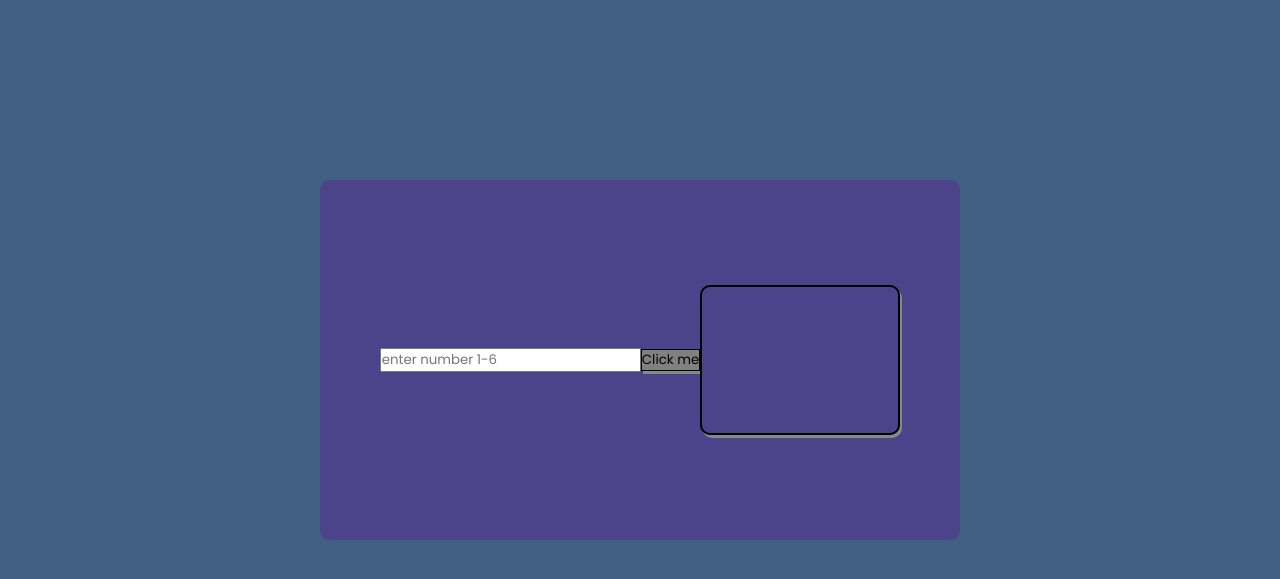
Repository: Seryozha02/Guessing-Game
Page: promise.html
An editor plug-in stored every save of this project. The page is shown before and after a run of saves, followed by the edit.
The browser window is 1280 px wide. The pictures show the whole page.

Above is the page before, as saved 2022-02-23 14:14:19.

### promise.html
<!DOCTYPE html>
<html lang="en">
<head>
    <meta charset="UTF-8">
    <meta http-equiv="X-UA-Compatible" content="IE=edge">
    <meta name="viewport" content="width=device-width, initial-scale=1.0">
    <link rel="stylesheet" href="./promise.css">
    <title>Guessing Game</title>
</head>
<body>
    <div class="body">
        <div class="conteiner">

            <div class="main">
                <input type="number" id="value" placeholder="enter number 1-6">
                <button class="btn" id="button">Click me</button>
                <div class="table" id="show-text">
                    <p class="p1"></p>
                    <p class="p2"></p>
                </div>
                <p class="sum"></p>
            </div>
        </div>
    </div>
  <script src="./promise.js"></script>
</body>
</html>

### promise.css
@import url('https://fonts.googleapis.com/css2?family=Poppins:wght@200;300;400;500;600;700&display=swap');
* {
    margin: 0;
    padding: 0;
    box-sizing: border-box;
    font-family: 'Poppins', sans-serif;
}

.body {
    background-color: rgb(65, 96, 131);
    position: absolute;
    width: 100%;
    height: 100%;
    display: flex;
    align-items: center;
    justify-content: center;
}

.conteiner {
    background-color: rgb(77, 67, 139);
    position: relative;
    width: 50%;
    height: 50%;
    display: flex;
    align-items: center;
    justify-content: center;
    border-radius: 10px;
}

.main {
    display: contents;
    flex-direction: row;
}

.table {
    border: 2px solid black;
    width: 200px;
    height: 150px;
    box-shadow: 2px 3px #888888;
    border-radius: 10px;
}

.btn {
    background-color: grey;
    border: 1px solid;
    box-shadow: 2px 3px #888888;
}

### promise.js
const value = document.getElementById("value");
const button = document.getElementById("button");
const p1Text = document.querySelector(".p1");
let p2Text = document.querySelector(".p2");
const sum = document.querySelector(".sum");
let showText = document.getElementById("show-text");
let totalCount = 0;

function randomNum(max) {
    return Math.floor(Math.random() * max) + 1;
}
function guess(random, inputValue) {
    return new Promise(function(resolve, reject) {
        let count = 0;
        if (inputValue === random) {
            count = 2;
            resolve(count);
        } else if (Math.abs(inputValue - random) === 1) {
            count = 1;
            resolve(count);
        } else {
            count = 0;
            reject(count);
        }
    })
};
button.addEventListener("click", function() {
    let random = randomNum(6);
    if (Number(value.value) > 6 || Number(value.value) < 1) {
        showText.innerText = "";
        alert("please choose number from 1 to 6")
    } else {
        inputValue = Number(value.value);
        p1Text.innerText = "random number: " + random;
    }
    guess(random, inputValue).then(function(result) {
        totalCount += result;
        p2Text.innerText = `count number: ${result}`;
        sum.innerText = `total: ${totalCount}`;
    }).catch(function(param) {
        if (param !== 0) {
            totalCount += param;
        } else {
            totalCount = 0;
        }
        p2Text.innerText = `count number: ${param}`;
        sum.innerText = `total: ${totalCount}`;
    })

})

After the next 2 saves:
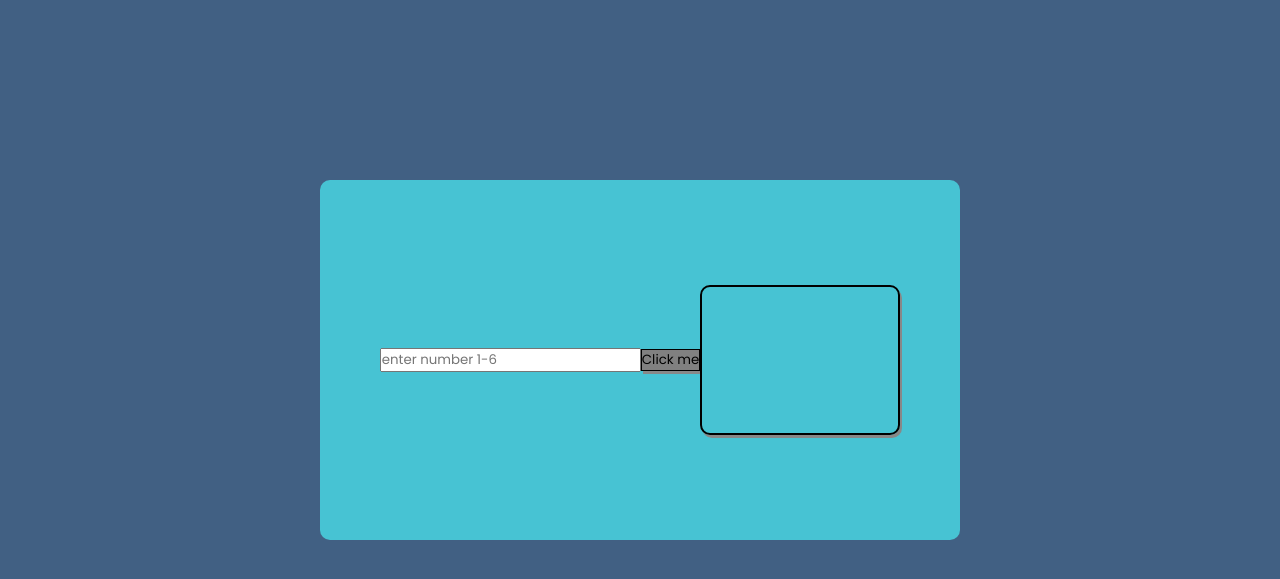
The 2 saves are shown as one change because they came seconds apart.
The last was saved 12 s later.
--- a/promise.css
+++ b/promise.css
@@ -17,7 +17,7 @@
 }
 
 .conteiner {
-    background-color: rgb(77, 67, 139);
+    background-color: rgb(71, 195, 211);
     position: relative;
     width: 50%;
     height: 50%;
